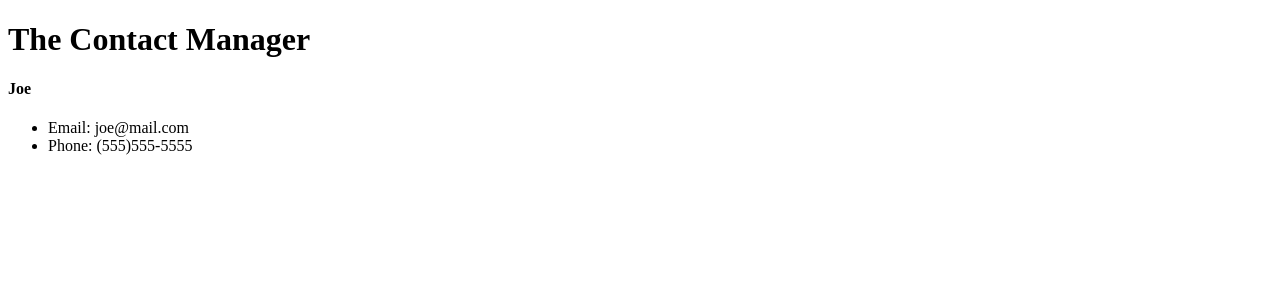
Repository: MikeTroianello/Contact-Manager
Page: /contact/add
An editor plug-in stored every save of this project. The page is shown before and after the next save, followed by the edit.
The browser window is 1280 px wide. The pictures show the whole page.
The project was rebuilt for these pictures with package versions that can differ from the ones it lists, and the page was loaded fresh each time. Also part of the build but not shown: src/App.css.

Above is the page before, as saved 2019-05-18 23:39:48.

### src/App.js
import React from "react";
import Contact from "./components/Contact";
import "./App.css";
import Header from "./components/Header";

function App() {
  return (
    <div className="App">
      <Header branding="The Contact Manager" />
      <Contact name="Joe" email="joe@mail.com" phone="(555)555-5555" />
    </div>
  );
}

export default App;

### src/components/Contact.js
import React, { Component } from "react";

class Contact extends Component {
  render() {
    return (
      <div>
        <h4>{this.props.name}</h4>
        <ul>
          <li>Email: joe@mail.com</li>
          <li>Phone: (555)555-5555</li>
        </ul>
      </div>
    );
  }
}

export default Contact;

### src/components/Header.js
import React from "react";

const Header = props => {
  return (
    <div>
      <h1>{props.branding}</h1>
    </div>
  );
};

export default Header;

Loaded but not shown: src/index.js (common file); src/serviceWorker.js (common file)

After the next save:
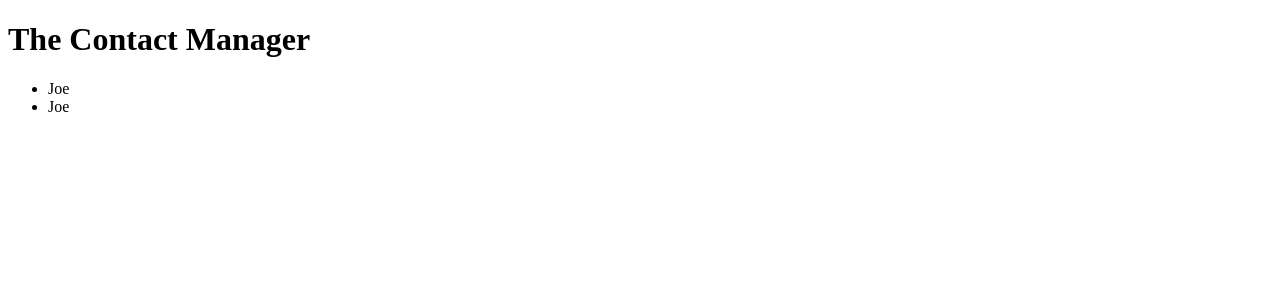
Saved 13 s later.
--- a/src/components/Contact.js
+++ b/src/components/Contact.js
@@ -4,10 +4,10 @@ class Contact extends Component {
   render() {
     return (
       <div>
-        <h4>{this.props.name}</h4>
+        <h4 />
         <ul>
-          <li>Email: joe@mail.com</li>
-          <li>Phone: (555)555-5555</li>
+          <li>{this.props.name}</li>
+          <li>{this.props.name}</li>
         </ul>
       </div>
     );
